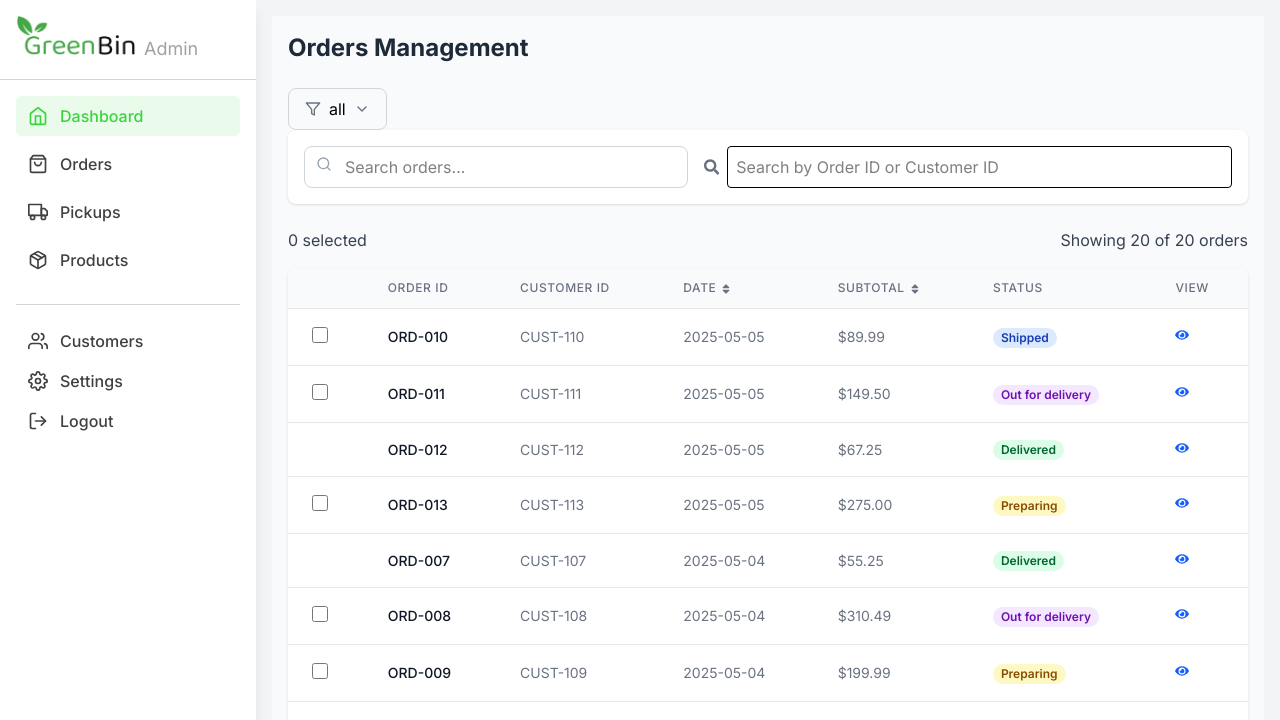
Repository: Siddhu123456/Plastic-Waste-Management
Page: /allorders (app in frontend/)
These files come from the project's save history. The page is drawn as it stood at one moment and after the next save; the edit follows.
The browser window is 1280 px wide. The pictures show the whole page.
An inner scrolling area shows only its first screen. The project was rebuilt for these pictures with package versions that can differ from the ones it lists, and the page was loaded fresh each time. Also part of the build but not shown: frontend/vite.config.js, frontend/src/components/ProductCard.jsx, frontend/src/components/TrendingProductsCarousel.jsx, frontend/src/pages/Home.jsx, frontend/src/components/FilterBar.jsx, frontend/src/components/Loader.jsx, frontend/src/pages/customer/Shop.jsx, frontend/src/pages/customer/Recycle.jsx and 23 more. Imported but missing from the stored project, and not drawn on this page: frontend/src/pages/Help, frontend/src/pages/customer/WishList.

Above is the page before, as saved 2025-05-07 08:42:58.

### frontend/src/index.css
@import url('https://fonts.googleapis.com/css2?family=Fugaz+One&family=Montserrat:ital@0;1&display=swap');
@import url('https://fonts.googleapis.com/css2?family=Inter:ital,opsz,wght@0,14..32,100..900;1,14..32,100..900&display=swap');
@import "tailwindcss";


@custom-variant dark (&:where(.dark, .dark *));


@theme{
  --color-ow : #f5f5f5;
  --color-dbg : #000803;
  --color-dsc : #1e221f;
  --color-dtc : #313532;
  --color-lgg : #3bd440;
  --color-tc : #1e1e1e;
  --color-lgd : #2aa12e;
  --color-bl: #1D2A35;
  --color-lg-trans : rgba(69, 167, 72, 0.3);
}

@layer components {
  .pri-btn {
    @apply text-white cursor-pointer text-center rounded-lg bg-lgg hover:bg-lgd transition duration-300
  }
  .white-btn {
    @apply text-lgg cursor-pointer text-center rounded-2xl bg-ow transition duration-300
  }
  .trans-btn{
    @apply border text-center rounded-2xl cursor-pointer border-lgg text-lgg hover:bg-lgg hover:text-white transition
  }

  .white-trans-btn{
    @apply border text-center rounded-2xl cursor-pointer border-white text-white transition duration-300
  }
}

@layer utilities{
  .no-scrollbar::-webkit-scrollbar {
    display: none;
}
.no-scrollbar {
    -ms-overflow-style: none;
    scrollbar-width: none;
}
}

:root{
  font-family: "Inter", sans-serif;
  background-color: #f5f5f5;
  box-sizing: border-box;
  overflow-x: hidden;
}


input[type='range'] {
  pointer-events: all;
  height: 0;
}

input[type='range']::-webkit-slider-thumb {
  appearance: none;
  height: 16px;
  width: 16px;
  background: #22c55e;
  border-radius: 9999px;
  cursor: pointer;
  border: none;
}

input[type='range']::-moz-range-thumb {
  height: 16px;
  width: 16px;
  background: #22c55e;
  border-radius: 9999px;
  cursor: pointer;
  border: none;
}

### frontend/src/App.jsx
import { CartProvider } from './components/CartContext.jsx';
import AppRoutes from './routes/AppRoutes.jsx'


const App = () => (
    <CartProvider>
        <AppRoutes />
    </CartProvider>
)

export default App;

### frontend/src/components/CartContext.jsx
import { createContext, useContext, useState } from "react";

const CartContext = createContext();

export const CartProvider = ({ children }) => {
  const [cartCount, setCartCount] = useState(0);

  return (
    <CartContext.Provider value={{ cartCount, setCartCount }}>
      {children}
    </CartContext.Provider>
  );
};

export const useCart = () => useContext(CartContext);

### frontend/src/routes/ScrollToTop.jsx
import { useEffect } from "react";
import { useLocation } from "react-router-dom";

const ScrollToTop = () => {
    const {pathname} = useLocation()
    useEffect(() => {
        window.scrollTo(0,0)
    },[pathname])

    return null
}

export default ScrollToTop;

### frontend/src/pages/admin/Orders.jsx
import { useState, useEffect } from 'react';
import { FaSort, FaEye, FaCheck, FaFilter, FaSearch, FaCalendar } from 'react-icons/fa';
import { LuChevronDown, LuFilter, LuSearch } from 'react-icons/lu';

// Sample data
const sampleOrders = [
  { id: 'ORD-001', customerId: 'CUST-101', date: '2025-05-01', subtotal: 125.99, status: 'preparing' },
  { id: 'ORD-002', customerId: 'CUST-102', date: '2025-05-01', subtotal: 79.50, status: 'shipped' },
  { id: 'ORD-003', customerId: 'CUST-103', date: '2025-05-02', subtotal: 299.99, status: 'out for delivery' },
  { id: 'ORD-004', customerId: 'CUST-104', date: '2025-05-02', subtotal: 149.99, status: 'delivered' },
  { id: 'ORD-005', customerId: 'CUST-105', date: '2025-05-03', subtotal: 85.75, status: 'preparing' },
  { id: 'ORD-006', customerId: 'CUST-106', date: '2025-05-03', subtotal: 235.50, status: 'shipped' },
  { id: 'ORD-007', customerId: 'CUST-107', date: '2025-05-04', subtotal: 55.25, status: 'delivered' },
  { id: 'ORD-008', customerId: 'CUST-108', date: '2025-05-04', subtotal: 310.49, status: 'out for delivery' },
  { id: 'ORD-009', customerId: 'CUST-109', date: '2025-05-04', subtotal: 199.99, status: 'preparing' },
  { id: 'ORD-010', customerId: 'CUST-110', date: '2025-05-05', subtotal: 89.99, status: 'shipped' },
  { id: 'ORD-011', customerId: 'CUST-111', date: '2025-05-05', subtotal: 149.50, status: 'out for delivery' },
  { id: 'ORD-012', customerId: 'CUST-112', date: '2025-05-05', subtotal: 67.25, status: 'delivered' },
  { id: 'ORD-013', customerId: 'CUST-113', date: '2025-05-05', subtotal: 275.00, status: 'preparing' },
  { id: 'ORD-014', customerId: 'CUST-114', date: '2025-04-30', subtotal: 125.75, status: 'shipped' },
  { id: 'ORD-015', customerId: 'CUST-115', date: '2025-04-30', subtotal: 189.99, status: 'out for delivery' },
  { id: 'ORD-016', customerId: 'CUST-116', date: '2025-04-29', subtotal: 210.50, status: 'delivered' },
  { id: 'ORD-017', customerId: 'CUST-117', date: '2025-04-29', subtotal: 99.99, status: 'preparing' },
  { id: 'ORD-018', customerId: 'CUST-118', date: '2025-04-28', subtotal: 155.49, status: 'shipped' },
  { id: 'ORD-019', customerId: 'CUST-119', date: '2025-04-28', subtotal: 78.25, status: 'out for delivery' },
  { id: 'ORD-020', customerId: 'CUST-120', date: '2025-04-27', subtotal: 299.99, status: 'delivered' }
];

const getNextStatus = (currentStatus) => {
  const statusFlow = {
    'preparing': 'shipped',
    'shipped': 'out for delivery',
    'out for delivery': 'delivered'
  };
  return statusFlow[currentStatus] || currentStatus;
};

export default function OrdersPage() {
  const [orders, setOrders] = useState([]);
  const [selectedOrders, setSelectedOrders] = useState([]);
  const [statusFilter, setStatusFilter] = useState('');
  const [searchQuery, setSearchQuery] = useState('');
  const [isFilterOpen, setIsFilterOpen] = useState(false)
  const [sortConfig, setSortConfig] = useState({ key: 'date', direction: 'desc' });
  const [viewOrder, setViewOrder] = useState(null);

  useEffect(() => {
    setOrders(sampleOrders);
  }, []);

  const handleSort = (key) => {
    const direction = sortConfig.key === key && sortConfig.direction === 'asc' ? 'desc' : 'asc';
    setSortConfig({ key, direction });
  };

  const sortedOrders = [...orders].sort((a, b) => {
    if (sortConfig.key === 'date') {
      return sortConfig.direction === 'asc'
        ? new Date(a.date) - new Date(b.date)
        : new Date(b.date) - new Date(a.date);
    } else if (sortConfig.key === 'subtotal') {
      return sortConfig.direction === 'asc'
        ? a.subtotal - b.subtotal
        : b.subtotal - a.subtotal;
    }
    return 0;
  });

  const filteredOrders = sortedOrders.filter(order => {
    // Status filter
    if (statusFilter && order.status !== statusFilter) return false;

    // Search query filter
    if (searchQuery) {
      const query = searchQuery.toLowerCase();
      return order.id.toLowerCase().includes(query) ||
             order.customerId.toLowerCase().includes(query);
    }

    return true;
  });

  const handleCheckboxChange = (orderId) => {
    setSelectedOrders(prev => {
      if (prev.includes(orderId)) {
        return prev.filter(id => id !== orderId);
      } else {
        return [...prev, orderId];
      }
    });
  };

  const handleRowClick = (order) => {
    // Don't allow selection of delivered items
    if (order.status === 'delivered') return;

    const orderId = order.id;
    if (!selectedOrders.includes(orderId)) {
      setSelectedOrders(prev => [...prev, orderId]);
    } else {
      setSelectedOrders(prev => prev.filter(id => id !== orderId));
    }
  };

  const handleUpdateStatus = () => {
    if (selectedOrders.length === 0) return;

    console.log(selectedOrders)
    setOrders(prev =>
      prev.map(order => {
        if (selectedOrders.includes(order.id) && order.status !== 'delivered') {
          return { ...order, status: getNextStatus(order.status) };
        }
        return order;
      })
    );

    // Clear selected orders that have been updated to 'delivered'
    setSelectedOrders(prev => {
      const updatedSelectedOrders = [];
      for (const orderId of prev) {
        const order = orders.find(o => o.id === orderId);
        if (order && getNextStatus(order.status) !== 'delivered') {
          updatedSelectedOrders.push(orderId);
        }
      }
      return updatedSelectedOrders;
    });
  };


  return (
    <div className="container mx-auto p-4 bg-gray-50 min-h-screen">
      <h1 className="text-2xl font-bold mb-6 text-gray-800">Orders Management</h1>

      <div className="flex flex-col md:flex-row items-start md:items-center space-y-4 md:space-y-0 md:space-x-4">
                    <div className="relative">
                      <button
                        onClick={() => setIsFilterOpen(!isFilterOpen)}
                        className="flex items-center px-4 py-2 border border-gray-300 rounded-lg hover:bg-gray-50"
                      >
                        <LuFilter className="h-4 w-4 mr-2 text-gray-500" />
                          {statusFilter === '' ? 'all':statusFilter}
                        <LuChevronDown className="h-4 w-4 ml-2 text-gray-500" />
                      </button>

                      {isFilterOpen && (
                        <div className="absolute right-0 mt-2 w-48 bg-white rounded-md shadow-lg z-10 border border-gray-200">
                          <div className="py-1">
                            <button
                              onClick={() => {setStatusFilter(""); setIsFilterOpen(false);}}
                              className="block px-4 py-2 text-sm text-gray-700 hover:bg-gray-100 w-full text-left"
                            >
                              All
                            </button>
                            <button
                              onClick={() => {setStatusFilter("preparing"); setIsFilterOpen(false);}}
                              className="block px-4 py-2 text-sm text-gray-700 hover:bg-gray-100 w-full text-left"
                            >
                              Preparing
                            </button>
                            <button
                              onClick={() => {setStatusFilter("shipped"); setIsFilterOpen(false);}}
                              className="block px-4 py-2 text-sm text-gray-700 hover:bg-gray-100 w-full text-left"
                            >
                              Shipped
                            </button>
                            <button
                              onClick={() => {setStatusFilter("out for delivery"); setIsFilterOpen(false);}}
                              className="block px-4 py-2 text-sm text-gray-700 hover:bg-gray-100 w-full text-left"
                            >
                              Out for Delivery
                            </button>
                            <button
                              onClick={() => {setStatusFilter("delivered"); setIsFilterOpen(false);}}
                              className="block px-4 py-2 text-sm text-gray-700 hover:bg-gray-100 w-full text-left"
                            >
                              Delivered
                            </button>
                          </div>
                        </div>
                      )}
                    </div>
                    </div>


      {/* Filters */}
      <div className="bg-white p-4 rounded-lg shadow mb-6">
        <div className="flex flex-wrap gap-4 items-center">
          <div className="flex items-center w-full md:w-96">
                        <div className="relative flex-grow">
                          <input
                            type="text"
                            placeholder="Search orders..."
                            value={searchQuery}
                            onChange={(e) => setSearchQuery(e.target.value)}
                            className="w-full pl-10 pr-4 py-2 border border-gray-300 rounded-lg focus:ring-indigo-500 focus:border-indigo-500"
                          />
                          <LuSearch className="absolute left-3 top-2.5 h-4 w-4 text-gray-400" />
                        </div>
                      </div>

          <div className="flex items-center flex-grow">
            <FaSearch className="text-gray-500 mr-2" />
            <input
              type="text"
              className="border rounded p-2 w-full focus:outline-none focus:ring-2 focus:ring-blue-500"
              value={searchQuery}
              onChange={(e) => setSearchQuery(e.target.value)}
              placeholder="Search by Order ID or Customer ID"
            />
          </div>

        </div>
      </div>

      {/* Actions */}
      <div className="mb-4 flex justify-between items-center">
        <div className="flex items-center">
          <span className="text-gray-700 mr-2">{selectedOrders.length} selected</span>
          {selectedOrders.length > 0 && (
            <>
              <button
                className="bg-blue-500 text-white px-4 py-2 rounded hover:bg-blue-600 transition mr-2"
                onClick={handleUpdateStatus}
              >
                Update Status
              </button>
              <button
                className="bg-gray-300 text-gray-700 px-4 py-2 rounded hover:bg-gray-400 transition"
                onClick={() => setSelectedOrders([])}
              >
                Clear Selection
              </button>
            </>
          )}
        </div>
        <div className="text-gray-700">
          Showing {filteredOrders.length} of {orders.length} orders
        </div>
      </div>

      {/* Orders Table */}
      <div className="bg-white rounded-lg shadow overflow-x-auto">
        <table className="min-w-full divide-y divide-gray-200">
          <thead className="bg-gray-50">
            <tr>
              <th className="px-3 py-3 text-left text-xs font-medium text-gray-500 uppercase tracking-wider">

              </th>
              <th className="px-6 py-3 text-left text-xs font-medium text-gray-500 uppercase tracking-wider">
                Order ID
              </th>
              <th className="px-6 py-3 text-left text-xs font-medium text-gray-500 uppercase tracking-wider">
                Customer ID
              </th>
              <th
                className="px-6 py-3 text-left text-xs font-medium text-gray-500 uppercase tracking-wider cursor-pointer"
                onClick={() => handleSort('date')}
              >
                Date
                <FaSort className="inline ml-1" />
              </th>
              <th
                className="px-6 py-3 text-left text-xs font-medium text-gray-500 uppercase tracking-wider cursor-pointer"
                onClick={() => handleSort('subtotal')}
              >
                Subtotal
                <FaSort className="inline ml-1" />
              </th>
              <th className="px-6 py-3 text-left text-xs font-medium text-gray-500 uppercase tracking-wider">
                Status
              </th>
              <th className="px-6 py-3 text-left text-xs font-medium text-gray-500 uppercase tracking-wider">
                View
              </th>
            </tr>
          </thead>
          <tbody className="bg-white divide-y divide-gray-200">
            {filteredOrders.map((order) => (
              <tr
                key={order.id}
                className={`${selectedOrders.includes(order.id) ? 'bg-blue-50' : 'hover:bg-gray-50'} ${order.status === 'delivered' ? 'cursor-default' : 'cursor-pointer'}`}
                onClick={() => handleRowClick(order)}
              >
                <td className="px-6 py-4 whitespace-nowrap">
                  {order.status !== 'delivered' && (
                    <input
                      type="checkbox"
                      className="h-4 w-4 text-blue-600 border-gray-300 rounded"
                      checked={selectedOrders.includes(order.id)}
                      onChange={(e) => {
                        e.stopPropagation();
                        handleCheckboxChange(order.id);
                      }}
                    />
                  )}
                </td>
                <td className="px-6 py-4 whitespace-nowrap text-sm font-medium text-gray-900">
                  {order.id}
                </td>
                <td className="px-6 py-4 whitespace-nowrap text-sm text-gray-500">
                  {order.customerId}
                </td>
                <td className="px-6 py-4 whitespace-nowrap text-sm text-gray-500">
                  {order.date}
                </td>
                <td className="px-6 py-4 whitespace-nowrap text-sm text-gray-500">
                  ${order.subtotal.toFixed(2)}
                </td>
                <td className="px-6 py-4 whitespace-nowrap text-sm">
                  <span className={`px-2 inline-flex text-xs leading-5 font-semibold rounded-full
                    ${order.status === 'preparing' ? 'bg-yellow-100 text-yellow-800' : ''}
                    ${order.status === 'shipped' ? 'bg-blue-100 text-blue-800' : ''}
                    ${order.status === 'out for delivery' ? 'bg-purple-100 text-purple-800' : ''}
                    ${order.status === 'delivered' ? 'bg-green-100 text-green-800' : ''}
                  `}>
                    {order.status.charAt(0).toUpperCase() + order.status.slice(1)}
                  </span>
                </td>
                <td className="px-6 py-4 whitespace-nowrap text-sm text-gray-500">
                  <button
                    className="text-blue-600 hover:text-blue-900"
                    onClick={(e) => {
                      e.stopPropagation();
                      setViewedOrder(order);
                    }}
                  >
                    <FaEye />
                  </button>
                </td>
              </tr>
            ))}
          </tbody>
        </table>
      </div>

      {/* Order Details Modal */}
      {viewOrder && (
              <div className="fixed inset-0 bg-black bg-opacity-50 flex items-center justify-center z-50">
                <div className="bg-white rounded-lg shadow-xl w-full max-w-2xl">
                  <div className="flex justify-between items-center p-4 border-b">
                    <h3 className="text-lg font-medium">Order Details: {viewOrder.id}</h3>
                    <button onClick={() => setViewOrder(null)}>
                      <LuX className="h-5 w-5 text-gray-500 hover:text-gray-700" />
                    </button>
                  </div>

                  <div className="p-6">
                    <div className="grid grid-cols-2 gap-4 mb-6">
                      <div>
                        <p className="text-sm text-gray-500">Customer</p>
                        <p className="font-medium">{viewOrder.customer}</p>
                      </div>
                      <div>
                        <p className="text-sm text-gray-500">Order Date</p>
                        <p className="font-medium">{viewOrder.orderDate}</p>
                      </div>
                      <div>
                        <p className="text-sm text-gray-500">Status</p>
                        <LuBadge status={viewOrder.status} />
                      </div>
                      <div>
                        <p className="text-sm text-gray-500">Subtotal</p>
                        <p className="font-medium">${viewOrder.subTotal.toFixed(2)}</p>
                      </div>
                    </div>

                    <h4 className="font-medium mb-2">Products</h4>
                    <div className="border rounded-lg overflow-hidden">
                      <table className="min-w-full divide-y divide-gray-200">
                        <thead className="bg-gray-50">
                          <tr>
                            <th scope="col" className="px-4 py-3 text-left text-xs font-medium text-gray-500 uppercase">Product</th>
                            <th scope="col" className="px-4 py-3 text-left text-xs font-medium text-gray-500 uppercase">Quantity</th>
                            <th scope="col" className="px-4 py-3 text-left text-xs font-medium text-gray-500 uppercase">Price</th>
                            <th scope="col" className="px-4 py-3 text-left text-xs font-medium text-gray-500 uppercase">Total</th>
                          </tr>
                        </thead>
                        <tbody className="bg-white divide-y divide-gray-200">
                          {viewOrder.products.map((product, index) => (
                            <tr key={index}>
                              <td className="px-4 py-3 whitespace-nowrap text-gray-700">{product.name}</td>
                              <td className="px-4 py-3 whitespace-nowrap text-gray-700">{product.quantity}</td>
                              <td className="px-4 py-3 whitespace-nowrap text-gray-700">${product.price.toFixed(2)}</td>
                              <td className="px-4 py-3 whitespace-nowrap text-gray-700">${(product.price * product.quantity).toFixed(2)}</td>
                            </tr>
                          ))}
                        </tbody>
                      </table>
                    </div>
                  </div>

                  <div className="bg-gray-50 px-4 py-3 flex justify-end gap-2 rounded-b-lg">
                    <button
                      className="px-4 py-2 bg-white border border-gray-300 rounded-md text-sm font-medium text-gray-700 hover:bg-gray-50"
                      onClick={() => setViewOrder(null)}
                    >
                      Close
                    </button>
                    <button className="px-4 py-2 bg-indigo-600 border border-transparent rounded-md text-sm font-medium text-white hover:bg-indigo-700">
                      Edit Order
                    </button>
                  </div>
                </div>
              </div>
      )}
    </div>
  );
}

### frontend/src/components/SidebarItem.jsx
import { Link } from "react-router-dom";

const SidebarItem = ({ icon, title,val, active, onClick }) => {
    return (
    <Link to={`/${val}`}>
          <button
        onClick={onClick}
        className={`flex items-center w-full px-3 py-2 rounded-md transition-colors cursor-pointer ${
          active ? 'bg-lgg/10 text-lgg' : 'text-neutral-700 hover:bg-lgg/10'
        }`}
      >
        <span className="mr-3">{icon}</span>
        <span className="font-medium">{title}</span>
      </button>
    </Link>
    )
  }

  export default SidebarItem;

Loaded but not shown: frontend/index.html (common file); frontend/src/main.jsx (common file); frontend/src/components/Sidebar.jsx (79 lines, source omitted); frontend/src/routes/AppRoutes.jsx (54 lines, source omitted); frontend/src/pages/admin/AdminLayout.jsx (61 lines, source omitted)

After the next save:
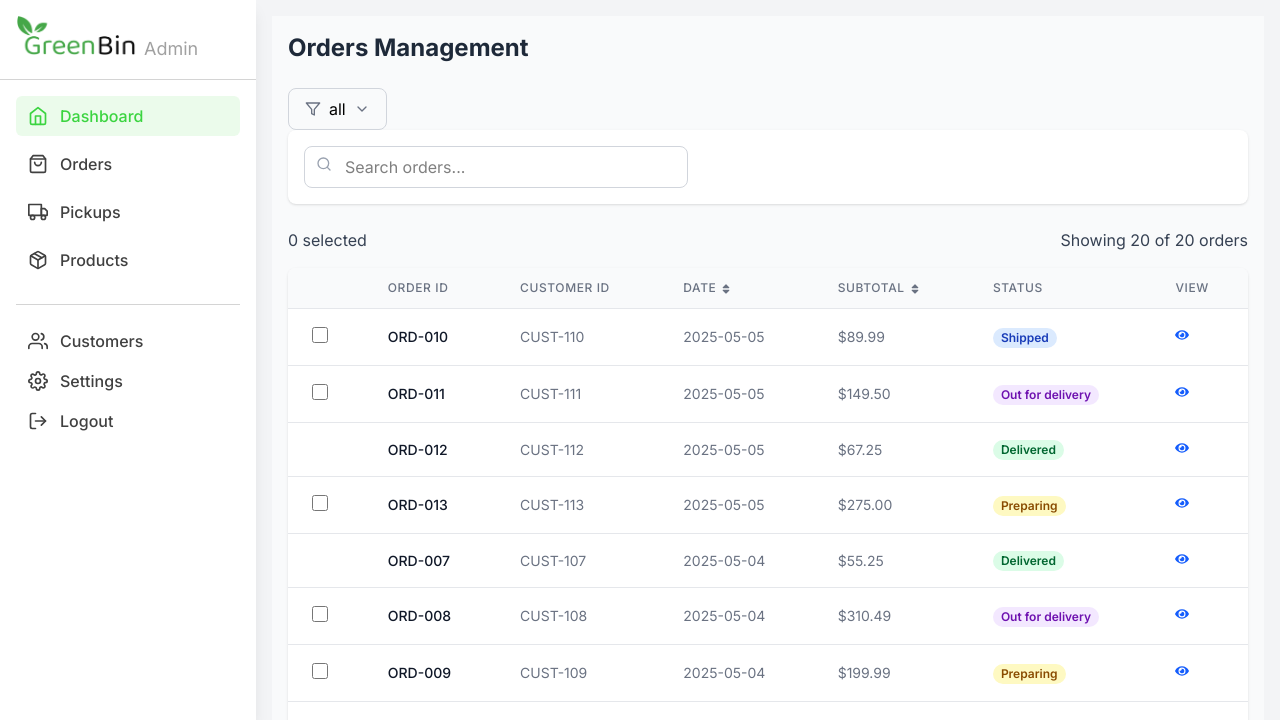
Saved 26 s later.
--- a/frontend/src/pages/admin/Orders.jsx
+++ b/frontend/src/pages/admin/Orders.jsx
@@ -199,17 +199,6 @@ export default function OrdersPage() {
                           <LuSearch className="absolute left-3 top-2.5 h-4 w-4 text-gray-400" />
                         </div>
                       </div>
-
-          <div className="flex items-center flex-grow">
-            <FaSearch className="text-gray-500 mr-2" />
-            <input
-              type="text"
-              className="border rounded p-2 w-full focus:outline-none focus:ring-2 focus:ring-blue-500"
-              value={searchQuery}
-              onChange={(e) => setSearchQuery(e.target.value)}
-              placeholder="Search by Order ID or Customer ID"
-            />
-          </div>
 
         </div>
       </div>
